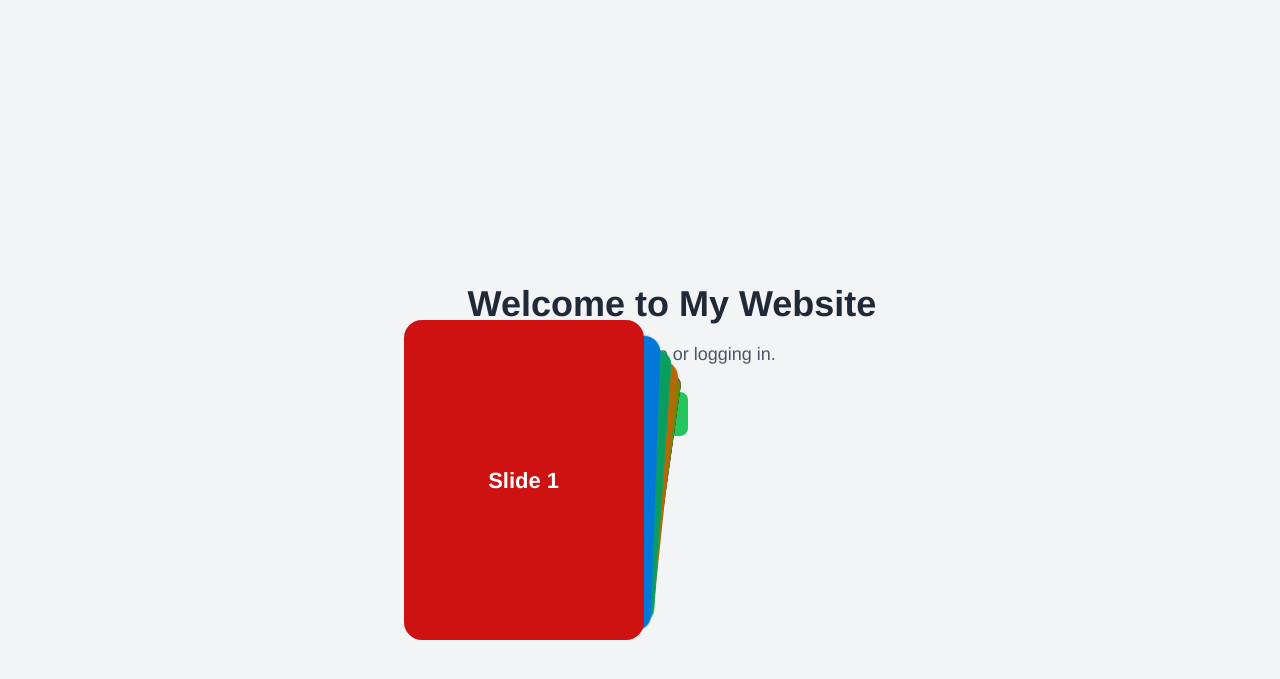
Repository: prathyushaa5/BuyYours
Page: / (app in Frontend/)
These files come from the project's save history. The page is drawn as it stood at one moment and after the next save; the edit follows.
The browser window is 1280 px wide. The pictures show the whole page.
The project was rebuilt for these pictures with package versions that can differ from the ones it lists, and the page was loaded fresh each time. Also part of the build but not shown: Frontend/vite.config.js, Frontend/src/components/Login.jsx, Frontend/src/components/Signup.jsx, Frontend/src/components/Home.jsx.

Above is the page before, as saved 2025-02-12 08:32:46.

### Frontend/src/App.jsx
import { BrowserRouter as Router, Routes, Route } from "react-router-dom";
import { useState } from "react";
import Main from "./components/Main";
import Login from "./components/Login";
import Signup from "./components/Signup";
import Home from "./components/Home";

export default function App() {
  const [token, setToken] = useState(null);

  const handleLogin = (userToken) => {
    setToken(userToken);
  };

  return (
    <Router>
      <Routes>
        {/* Show Main page first */}
        <Route path="/" element={<Main />} />

        {/* Login Page */}
        <Route path="/login" element={<Login onLogin={handleLogin} />} />

        {/* Signup Page */}
        <Route path="/signup" element={<Signup />} />

        {/* Home Page (Protected) */}
        <Route path="/home" element={token ? <Home /> : <Login onLogin={handleLogin} />} />
      </Routes>
    </Router>
  );
}

### Frontend/src/components/Main.jsx
import { useNavigate } from "react-router-dom";
import { Swiper, SwiperSlide } from "swiper/react";
import { EffectCards } from "swiper/modules";
import "swiper/css";
import "swiper/css/effect-cards";
import "../style.css";

export default function Main() {
  const navigate = useNavigate();

  return (
    <div className="flex items-center justify-center min-h-screen bg-gray-100 p-6">
      {/* Left: Swiper Section */}
      <div className="w-16 h-20 ">
      <Swiper
        effect={'cards'}
        grabCursor={true}
        modules={[EffectCards]}
        className="mySwiper"
      >
        <SwiperSlide>Slide 1</SwiperSlide>
        <SwiperSlide>Slide 2</SwiperSlide>
        <SwiperSlide>Slide 3</SwiperSlide>
        <SwiperSlide>Slide 4</SwiperSlide>
        <SwiperSlide>Slide 5</SwiperSlide>
        <SwiperSlide>Slide 6</SwiperSlide>
        <SwiperSlide>Slide 7</SwiperSlide>
        <SwiperSlide>Slide 8</SwiperSlide>
        <SwiperSlide>Slide 9</SwiperSlide>
      </Swiper>
      </div>

      {/* Right: Welcome Text & Buttons */}
      <div className="flex flex-col items-start">
        <h1 className="text-4xl font-extrabold text-gray-800 mb-4">
          Welcome to My Website
        </h1>
        <p className="text-lg text-gray-600 mb-6">
          Get started by signing up or logging in.
        </p>

        <div className="flex space-x-4">
          <button
            onClick={() => navigate("/login")}
            className="px-6 py-2 bg-blue-500 text-white text-lg rounded-lg hover:bg-blue-600 transition"
          >
            Login
          </button>
          <button
            onClick={() => navigate("/signup")}
            className="px-6 py-2 bg-green-500 text-white text-lg rounded-lg hover:bg-green-600 transition"
          >
            Sign Up
          </button>
        </div>
      </div>
    </div>
  );
}

### Frontend/src/style.css
#app { height: 100% }
html,
body {
  position: relative;
  height: 100%;
}

body {
  background: #eee;
  font-family: Helvetica Neue, Helvetica, Arial, sans-serif;
  font-size: 14px;
  color: #000;
  margin: 0;
  padding: 0;
}

body {
  background: #fff;
  font-family: Helvetica Neue, Helvetica, Arial, sans-serif;
  font-size: 14px;
  color: #000;
  margin: 0;
  padding: 0;
}

html,
body {
  position: relative;
  height: 100%;
}

#app {
  display: flex;
  justify-content: center;
  align-items: center;
}

.swiper {
  width: 240px;
  height: 320px;
}

.swiper-slide {
  display: flex;
  align-items: center;
  justify-content: center;
  border-radius: 18px;
  font-size: 22px;
  font-weight: bold;
  color: #fff;
}

.swiper-slide:nth-child(1n) {
  background-color: rgb(206, 17, 17);
}

.swiper-slide:nth-child(2n) {
  background-color: rgb(0, 140, 255);
}

.swiper-slide:nth-child(3n) {
  background-color: rgb(10, 184, 111);
}

.swiper-slide:nth-child(4n) {
  background-color: rgb(211, 122, 7);
}

.swiper-slide:nth-child(5n) {
  background-color: rgb(118, 163, 12);
}

.swiper-slide:nth-child(6n) {
  background-color: rgb(180, 10, 47);
}

.swiper-slide:nth-child(7n) {
  background-color: rgb(35, 99, 19);
}

.swiper-slide:nth-child(8n) {
  background-color: rgb(0, 68, 255);
}

.swiper-slide:nth-child(9n) {
  background-color: rgb(218, 12, 218);
}

.swiper-slide:nth-child(10n) {
  background-color: rgb(54, 94, 77);
}

Loaded but not shown: Frontend/index.html (common file); Frontend/src/main.jsx (common file); Frontend/src/index.css (common file); Frontend/tailwind.config.js (common file)

After the next save:
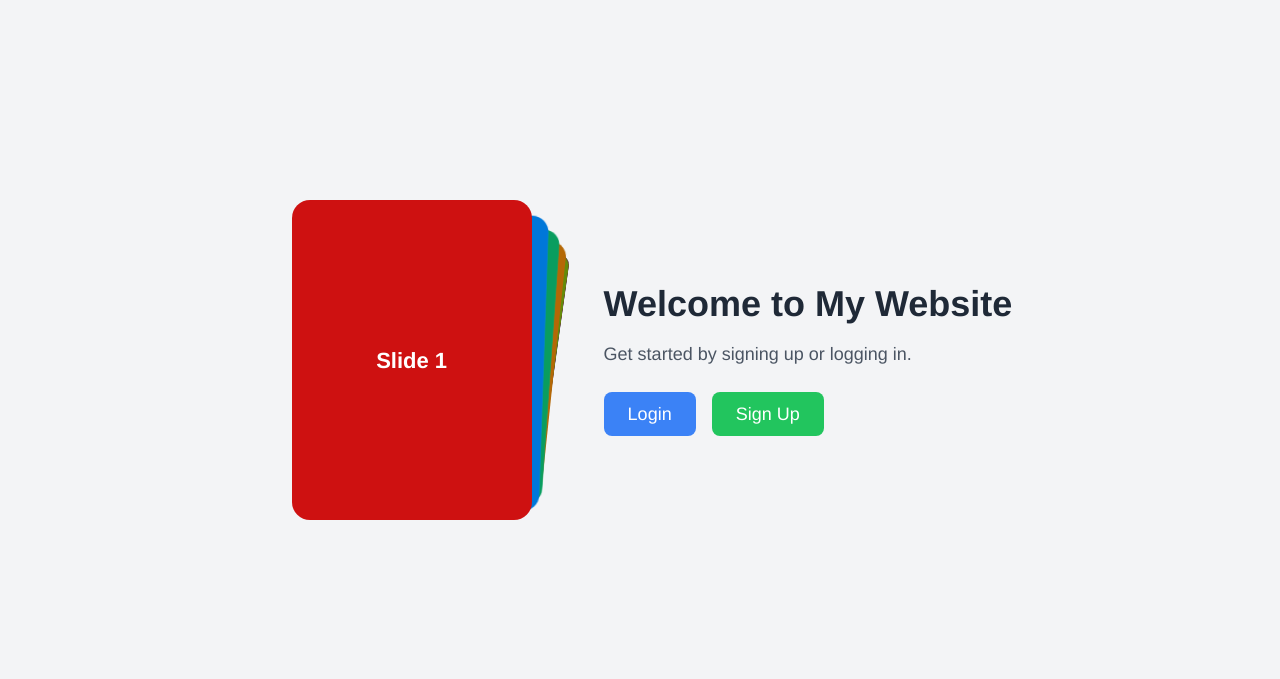
Saved 12 s later.
--- a/Frontend/src/components/Main.jsx
+++ b/Frontend/src/components/Main.jsx
@@ -11,7 +11,7 @@ export default function Main() {
   return (
     <div className="flex items-center justify-center min-h-screen bg-gray-100 p-6">
       {/* Left: Swiper Section */}
-      <div className="w-16 h-20 ">
+      <div className="w-72 mr-12">
       <Swiper
         effect={'cards'}
         grabCursor={true}
